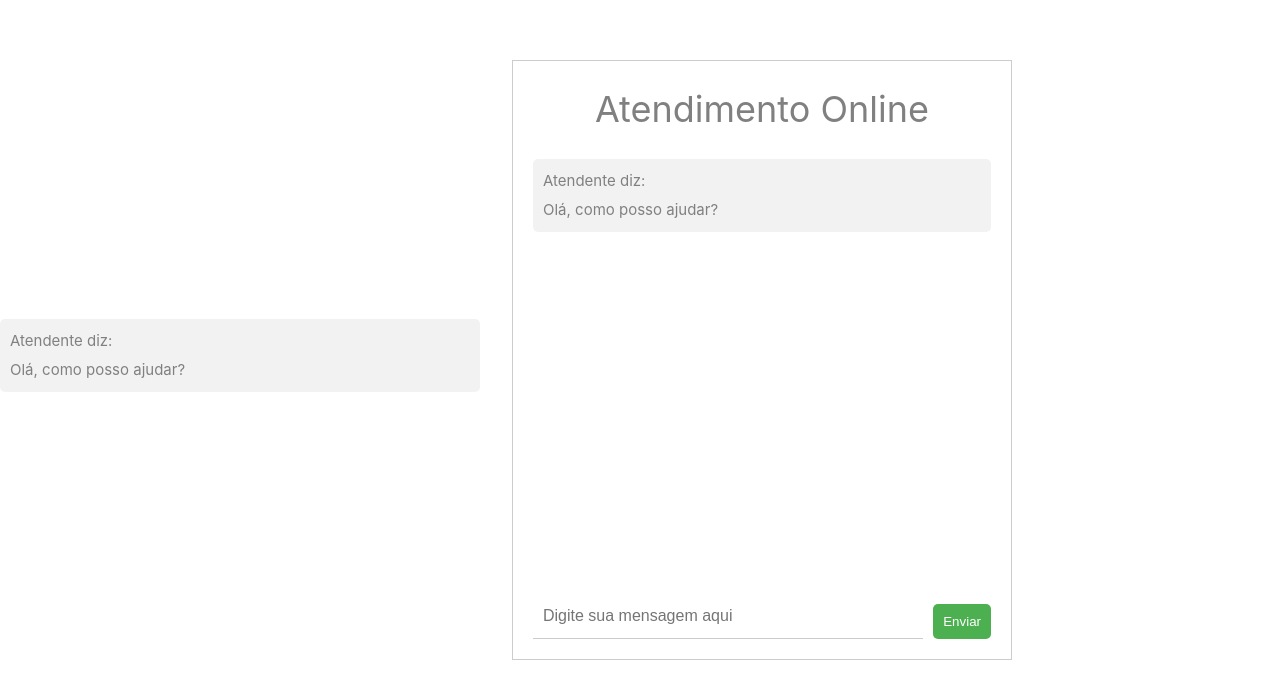
Repository: GabrielGuinzani/vueChat
Page: /
The author's editor kept a copy of each file at every save. The page is drawn from the files as they stood at one save, then again after the next save.
The browser window is 1280 px wide. The pictures show the whole page.
Some web libraries are served in a nearby version. The project was rebuilt for these pictures with package versions that can differ from the ones it lists, and the page was loaded fresh each time. Also part of the build but not shown: vite.config.js.

Above is the page before, as saved 2023-04-18 21:14:15.

### index.html
<!-- <!DOCTYPE html>
<html lang="en">
  <head>
    <meta charset="UTF-8">
    <link rel="icon" href="/favicon.ico">
    <meta name="viewport" content="width=device-width, initial-scale=1.0">
    <title>Vite App</title>
  </head>
  <body>
    <div id="app"></div>
    <script type="module" src="/src/main.js"></script>
  </body>
</html> -->


<!-- <!DOCTYPE html>
<html lang="PT-BR">
<head>
  <meta charset="UTF-8">
  <title>Vue Chat App</title>
  <script src="https://unpkg.com/vue@3.2.6/dist/vue.global.js"></script>
</head>
<body>
  <div id="app">
    <chat></chat>
  </div>

  <script type="module" src="/src/main.js"></script>
</body>
</html> -->
<!DOCTYPE html>
<html lang="pt-br">
<head>
  <meta charset="UTF-8">
  <title>Vue Chat App</title>
  <script src="https://unpkg.com/vue@3.2.6/dist/vue.global.js"></script>
</head>
<body>
  <div class="messages-list" id="conversa">
    <div class="message-item">
      <div class="msg-user"><strong>Atendente diz:</strong></div>
      <div class="msg-chat">Olá, como posso ajudar?</div>
    </div>
  </div>
  <div id="app">
  </div>

  <script type="module" src="/src/main.js"></script>
</body>
</html>

### src/App.vue
<!-- <script setup>
import HelloWorld from './components/HelloWorld.vue'
import TheWelcome from './components/TheWelcome.vue'
</script>

<template>
  <header>
    <img alt="Vue logo" class="logo" src="./assets/logo.svg" width="125" height="125" />

    <div class="wrapper">
      <HelloWorld msg="You did it!" />
    </div>
  </header>

  <main>
    <TheWelcome />
  </main>
</template>

<style scoped>
header {
  line-height: 1.5;
}

.logo {
  display: block;
  margin: 0 auto 2rem;
}

@media (min-width: 1024px) {
  header {
    display: flex;
    place-items: center;
    padding-right: calc(var(--section-gap) / 2);
  }

  .logo {
    margin: 0 2rem 0 0;
  }

  header .wrapper {
    display: flex;
    place-items: flex-start;
    flex-wrap: wrap;
  }
}
</style> -->


<template>
  <div id="chat-screen">
    <div class="titulo">
      <h2>Atendimento Online</h2>
    </div>
    <div class="messages-list" id="conversa">
    <div class="message-item">
      <div class="msg-user"><strong>Atendente diz:</strong></div>
      <div class="msg-chat">Olá, como posso ajudar?</div>
    </div>
  </div>
    <div class="messages-list" ref="messagesList">
      <div v-for="(message, index) in messages" :key="index" :class="[message.type === 'user' ? 'message-item2' : 'message-item']">
        <div class="msg-user" v-if="message.type === 'user'"><strong>{{ message.author }} diz:</strong></div>
        <div class="msg-chat">{{ message.text }}</div>
      </div>
    </div>
    <form id="form-chat-send" @submit.prevent="sendMessage">
      <input id="message" type="text" class="typebar" v-model="messageText" placeholder="Digite sua mensagem aqui">
      <button type="submit" class="botao">Enviar</button>
    </form>
  </div>
</template>

<script>
export default {
  data() {
    return {
      messages: [],
      messageText: ''
    }
  },
  methods: {
    sendMessage() {
      const messageText = this.messageText.trim();
      if (messageText !== '') {
        this.messages.push({
          type: 'user',
          author: 'Você',
          text: messageText
        });
        this.messageText = '';
        this.$nextTick(() => {
          this.scrollToBottom();
        });
      }
    },
    scrollToBottom() {
      this.$refs.messagesList.scrollTop = this.$refs.messagesList.scrollHeight;
    }
  }
}
</script>

<style>
body {
  display: flex;
  justify-content: center;
  align-items: center;
  height: 100vh;
}

#app {
  width: 800px;
  height: 600px;
}

#chat-screen {
  width: 500px;
  height: 600px;
  margin: 0 auto;
  border: 1px solid #ccc;
  background-color: #fff;
  padding: 20px;
  display: flex;
  flex-direction: column;
}

.titulo {
  text-align: center;
  font-size: 24px;
  margin-bottom: 20px;
  color: gray;
}

.messages-list {
  flex: 1;
  overflow-y: auto;
}

.message-item {
  background-color: #f2f2f2;
  border-radius: 5px;
  padding: 10px;
  margin-bottom: 10px;
  color: gray;
}

.message-item2 {
  background-color: #e6f7ff;
  border-radius: 5px;
  padding: 10px;
  margin-bottom: 10px;
  color: gray;
}

.msg-user {
  margin-bottom: 5px;
  color: gray;
}

.msg-chat {
  color: gray;
}

.typebar {
  width: 100%;
  padding: 10px;
  border: none;
  border-bottom: 1px solid #ccc;
  margin-right: 10px;
  font-size: 16px;
  color: gray;
}

.botao {
  background-color: #4CAF50;
  color: #fff;
  border: none;
  border-radius: 5px;
  padding: 10px;
  margin-top: 10px;
  cursor: pointer;
}


  .botao:hover {
    background-color: #0061a7;
    cursor: pointer;
  }

  #form-chat-send {
    display: flex;
    justify-content: center;
    margin-top: 20px;
  }
</style>

Loaded but not shown: src/main.js (common file); src/assets/main.css (common file); src/assets/base.css (common file)

After the next save:
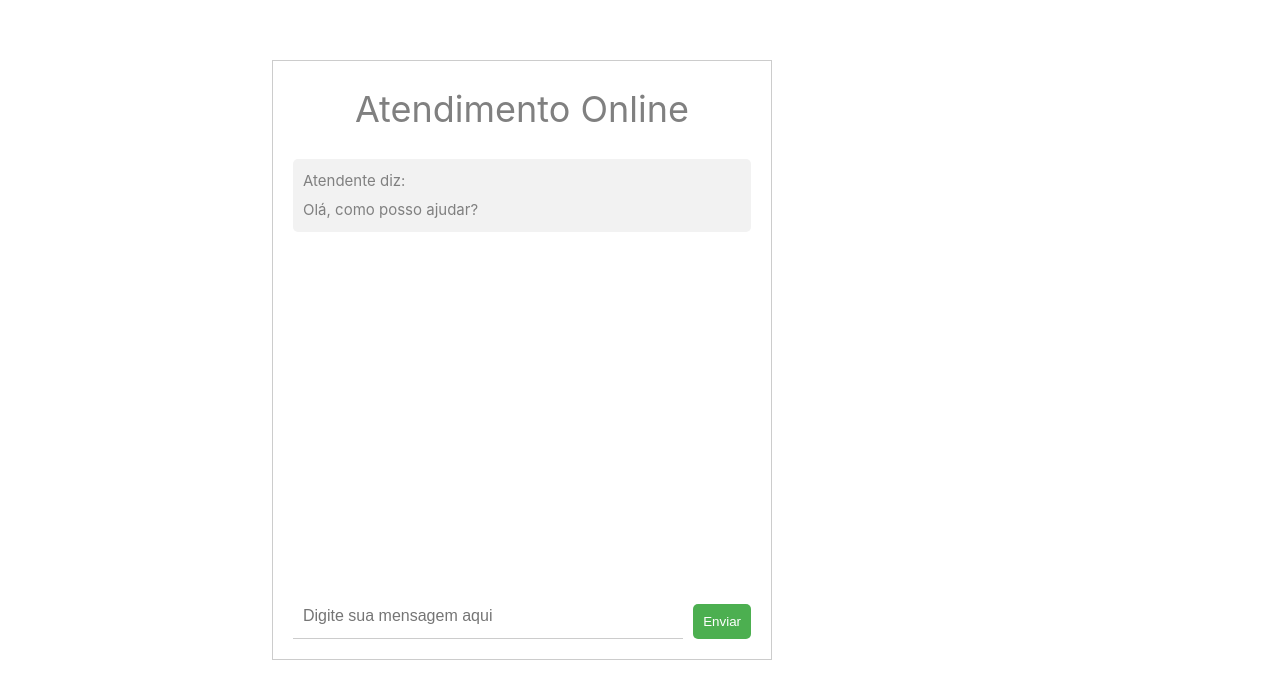
Saved 7 s later.
--- a/index.html
+++ b/index.html
@@ -36,12 +36,7 @@
   <script src="https://unpkg.com/vue@3.2.6/dist/vue.global.js"></script>
 </head>
 <body>
-  <div class="messages-list" id="conversa">
-    <div class="message-item">
-      <div class="msg-user"><strong>Atendente diz:</strong></div>
-      <div class="msg-chat">Olá, como posso ajudar?</div>
-    </div>
-  </div>
+
   <div id="app">
   </div>
 
